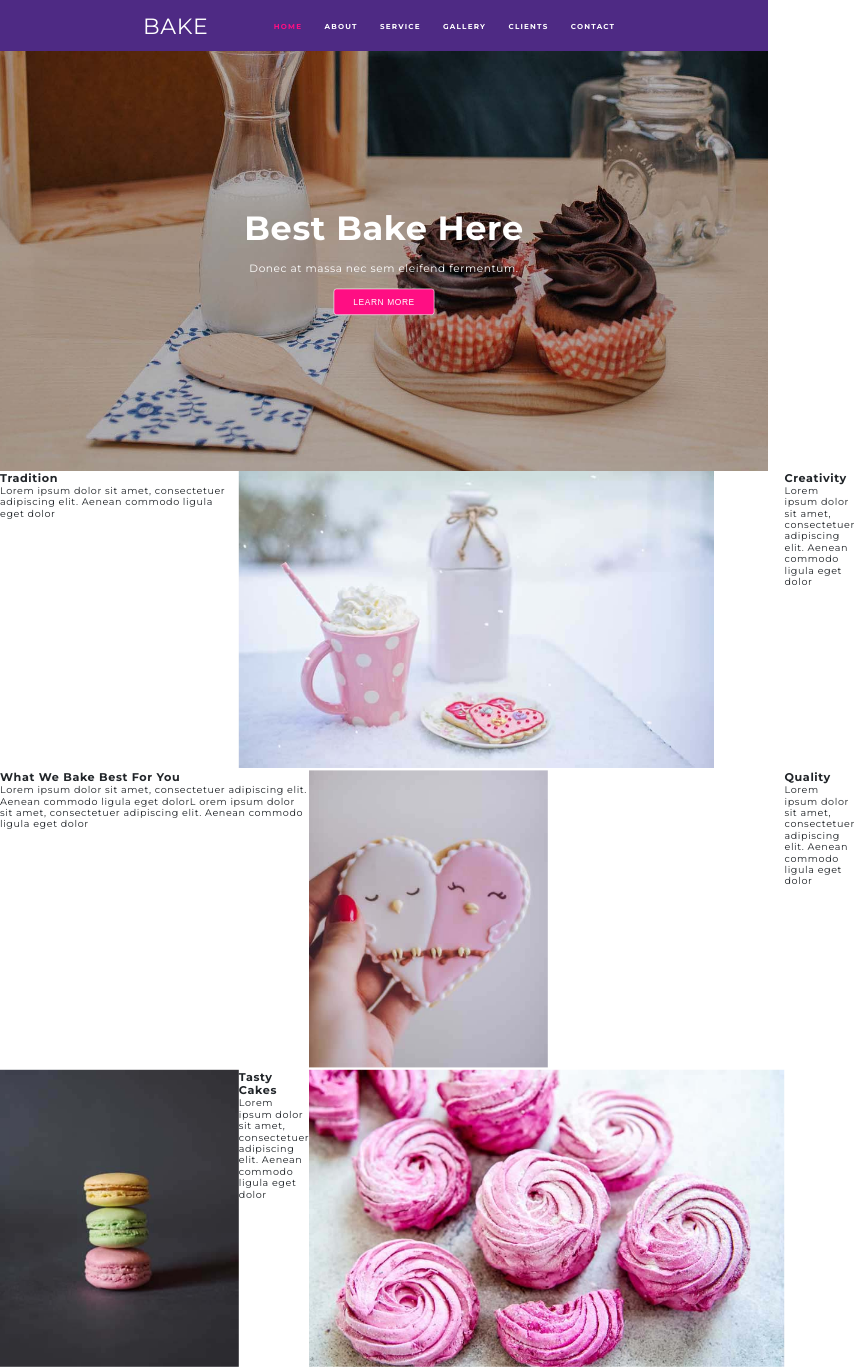
Repository: ducdatit2002/bake-cake
Page: index.html
The author's editor kept a copy of each file at every save. The page is drawn from the files as they stood at one save, then again after the next save.
The browser window is 1280 px wide. The page is 1425 px wide, then 1432 px, so the pictures cover 1432 px, including what lies to the right of the window. The pictures show the whole page, at 60% of full size.

Above is the page before, as saved 2023-07-13 12:27:35.

### index.html
<!DOCTYPE html>
<html lang="en">
<head>
    <meta charset="UTF-8">
    <meta name="viewport" content="width=device-width, initial-scale=1.0">
    <title>BAKE</title>
    <!-- FONT ICON -->
    <link rel="stylesheet" href="https://cdnjs.cloudflare.com/ajax/libs/font-awesome/6.4.0/css/all.min.css"
        integrity="sha512-iecdLmaskl7CVkqkXNQ/ZH/XLlvWZOJyj7Yy7tcenmpD1ypASozpmT/E0iPtmFIB46ZmdtAc9eNBvH0H/ZpiBw=="
        crossorigin="anonymous" referrerpolicy="no-referrer" />
    <!-- FONT GOOGLE -->
    <link rel="preconnect" href="https://fonts.googleapis.com">
    <link rel="preconnect" href="https://fonts.gstatic.com" crossorigin>
    <link href="https://fonts.googleapis.com/css2?family=Montserrat:wght@300;400;700&display=swap" rel="stylesheet">
    <!-- MAIN CSS -->
    <link rel="stylesheet" href="./index.css">

</head>
<body>
    <!-- HEADER -->
    <header>
        <div class="header__content">
            <p>BAKE</p>
            <nav>
                <ul>
                    <li class="active"><a href="#">HOME</a></li>
                    <li><a href="#">ABOUT</a></li>
                    <li><a href="#">SERVICE</a></li>
                    <li><a href="#">GALLERY</a></li>
                    <li><a href="#">CLIENTS</a></li>
                    <li><a href="#">CONTACT</a></li>
                </ul>
            </nav>
        </div>
    </header>
    <!-- CAROUSEL -->
    <section class="carousel">
        <div class="carousel__content">
            <h1>Best Bake Here</h1>
            <p>Donec at massa nec sem eleifend fermentum.</p>
            <button>LEARN MORE</button>
        </div>
    </section>
    <!-- INTRO -->
    <section class="intro">
        <div class="intro__item">
            <div>
                <h3>Tradition</h3>
                <p>Lorem ipsum dolor sit amet, consectetuer adipiscing elit. Aenean commodo ligula eget dolor</p>
            </div>
        </div>
        <div class="intro__item intro__ab1">
            <img src="./img/ab1.jpg" alt="intro 1">
        </div>
        <div class="intro__item">
            <div>
                <h3>Creativity</h3>
                <p>Lorem ipsum dolor sit amet, consectetuer adipiscing elit. Aenean commodo ligula eget dolor</p>
            </div>
        </div>
        <div class="intro__item intro__bake">
            <div>
                <h3>What We Bake Best For You</h3>
                <p>Lorem ipsum dolor sit amet, consectetuer adipiscing elit. Aenean commodo ligula eget dolorL orem ipsum dolor sit amet,
                consectetuer adipiscing elit. Aenean commodo ligula eget dolor</p>
            </div>
        </div>
        <div class="intro__item">
            <img src="./img/ab2.jpg" alt="intro 2">
        </div>
        <div class="intro__item">
            <div>
                <h3>Quality</h3>
                <p>Lorem ipsum dolor sit amet, consectetuer adipiscing elit. Aenean commodo ligula eget dolor</p>
            </div>
        </div>
        <div class="intro__item">
            <img src="./img/ab3.jpg" alt="intro 3">
        </div>
        <div class="intro__item">
            <div>
                <h3>Tasty Cakes</h3>
                <p>Lorem ipsum dolor sit amet, consectetuer adipiscing elit. Aenean commodo ligula eget dolor</p>
            </div>
        </div>
        <div class="intro__item intro__ab4">
            <img src="./img/ab4.jpg" alt="intro 4">
        </div>
    </section>
    <!-- NUMBER -->
    <section class="number"></section>
    <!-- SERVICES -->
    <section class="services"></section>
    <!-- GALLERY -->
    <section class="gallery"></section>
    <!-- TEAM MEMBER -->
    <section class="team"></section>
    <!-- FEEDBACK -->
    <section class="feedback"></section>
    <!-- CONTACT -->
    <section class="contact"></section>
    <!-- FOOTER -->
    <footer></footer>
</body>
</html>

### index.css
/* GLOBAL */
*{
    margin: 0;
    padding: 0;
    box-sizing: border-box;
}
html{
    font-size: 16px;
    /* 1 rem = 18px */
    /* Không khai báo thì 1 rem là 16px */

}
body {
    font-family: 'Montserrat', sans-serif;
    color: #212529;
    background-color: #fff;
    letter-spacing: 1px;
}
button {
    background-color: #ff0e83;
    border: 1px solid white;
    color: white;
    padding: 13px 32px;
    font-size: 0.875rem;
    border-radius: 5px;
    cursor: pointer;
    letter-spacing: 1px;
    transition: all 0.5s;
}
button:hover {
    background-color: white;
    color: black;
    border-color: #ff0e83;

}
/* HEADER */
header {
    background-color: #4e2a84;
    padding: 20px 0;
}
.header__content {
    width: 70%;
    margin: 0 auto;
    display: flex;
    justify-content: space-around;
    align-items: center;
}
.header__content ul {
    list-style: none;
}
.header__content ul a {
    text-decoration: none;
    color: white;
    font-weight: 700;
    font-size: 0.75rem;
    letter-spacing: 2px;
    /* transition-property: all;
    transition-duration: 1s;
    transition-delay: 0s;
    transition-timing-function: linear; */
    transition: all 1s;
}
.header__content ul a:hover {
    color: #ff0e83;
}
.header__content ul li {
    display: inline;
    margin: 0 1rem;
}
.header__content p {
    color: white;
    font-size: 2.3rem;
    /* 2.3 rem ~ 37px */
}
.header__content ul .active a {
    color: #ff0e83;
}

/* CAROUSEL */
.carousel{
    background-image: url(./img/b3.jpg);
    height: 700px;
    background-size: cover;
    background-position: center;
    color: white;
    text-align: center;
    display: flex;
    justify-content: center;
    align-items: center;
}
.carousel__content h1 {
    font-size: 3.5rem;
}
.carousel__content p {
    font-size: 1.1rem;
    padding: 23px 0;
}
/* INTRO */
.intro {
    display: grid;
    /* grid-template-columns: 25% 25% 25% 25%; */
    /* grid-template-columns: repeat(4, 25%); */
    /* fr: phân số */
    grid-template-columns: repeat(4,1fr);
}
.intro__ab1 {
    /* số line bắt đầu */
    /* số line kết thúc */
    /* số cột mà item chiếm */
    /* grid-column:2 / 4; */
    grid-column: 2/ span 2;
}
.intro__bake {
    /* grid-column: 1 / 3; */
    grid-column: 1 /span 2;
}
.intro__ab4 {
    grid-column: ;
}

After the next save:
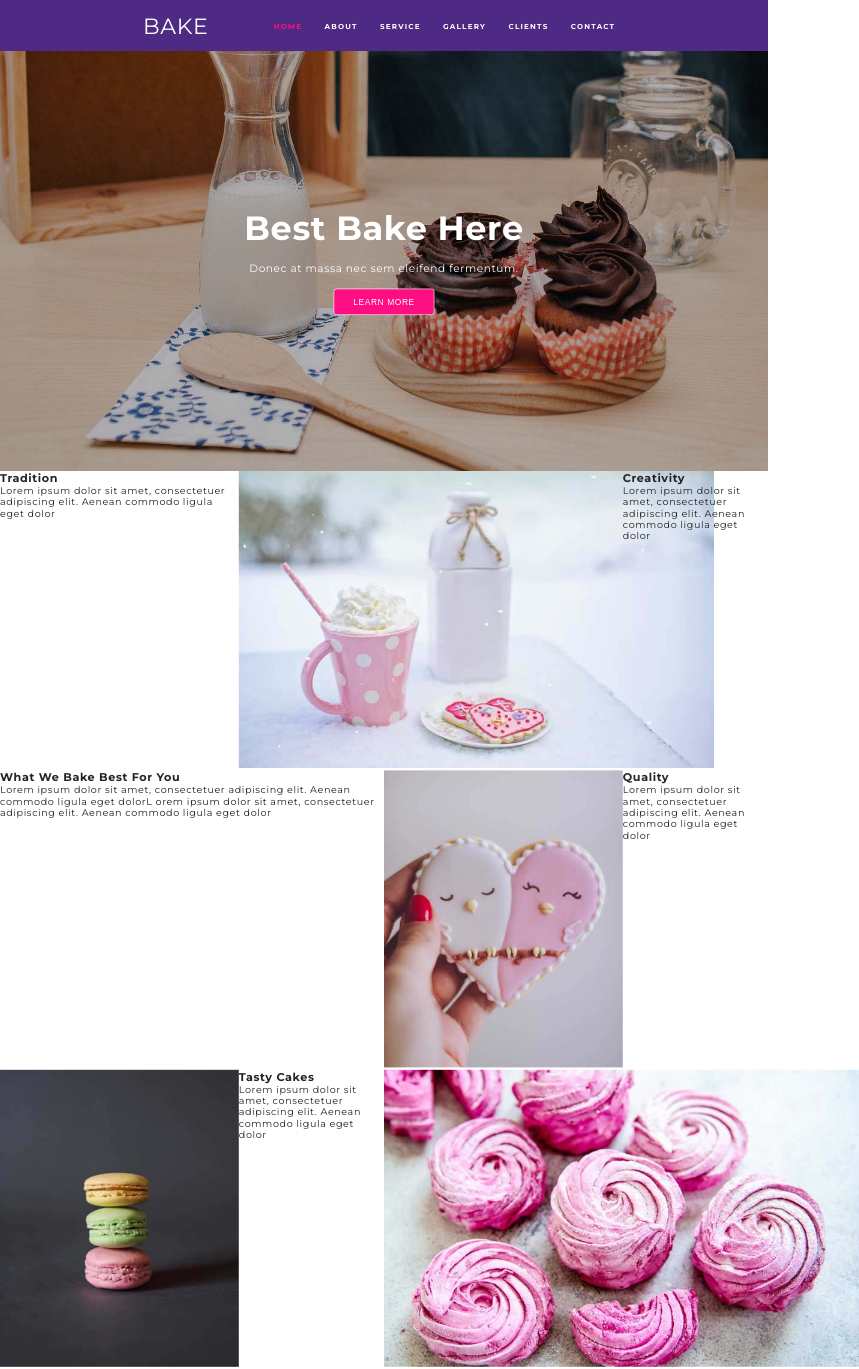
Saved 9 s later.
--- a/index.css
+++ b/index.css
@@ -115,5 +115,5 @@ header {
     grid-column: 1 /span 2;
 }
 .intro__ab4 {
-    grid-column: ;
+    grid-column: 3 / span 2;
 }
